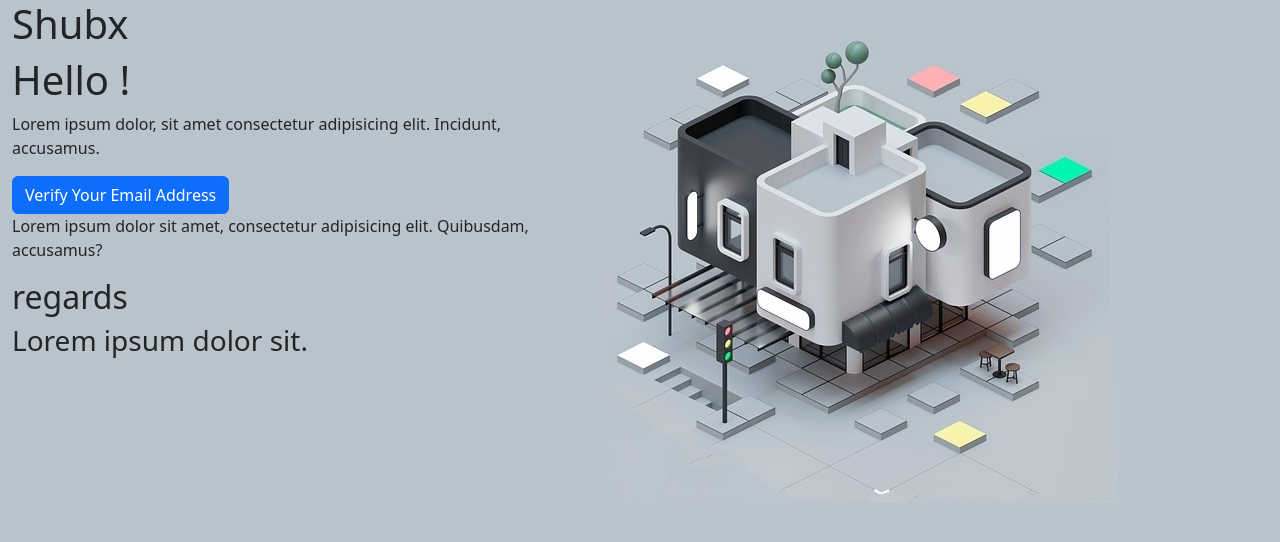
Repository: Aayush919/taskui
Page: index.html
These files come from the project's save history. The page is drawn as it stood at one moment and after a run of saves; the edit follows.
The browser window is 1280 px wide. The pictures show the whole page.

Above is the page before, as saved 2024-01-12 13:11:45.

After the next 3 saves:
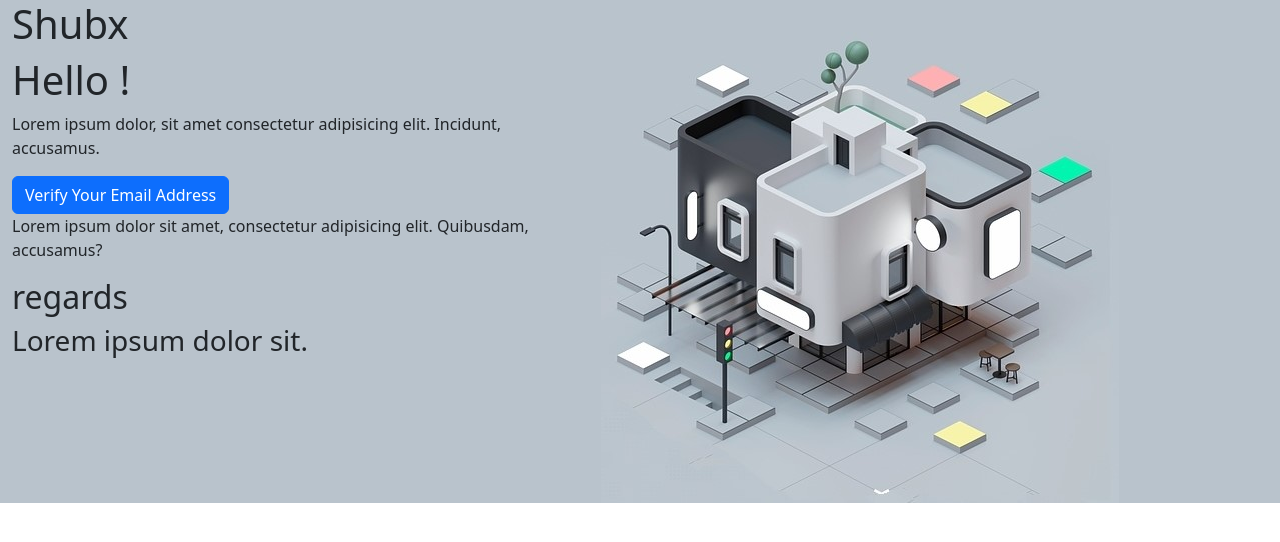
The 3 saves are shown as one change because they came seconds apart.
The last was saved 10 s later.
--- a/style.css
+++ b/style.css
@@ -13,7 +13,7 @@
 
 .custom-bg{
     background-color:#B9C3CC;
-    height: 100%;
+    min-eight: 100vh;
     width: 100%;
     display: flex;
     justify-content: space-between;

After the save that followed:
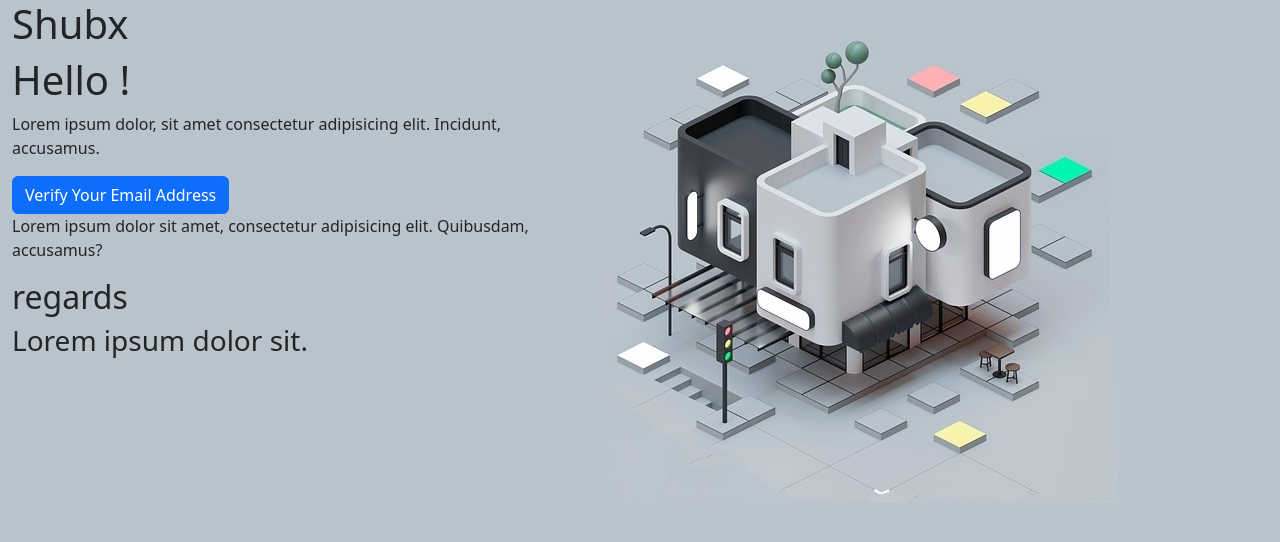
Saved 6 s later.
--- a/style.css
+++ b/style.css
@@ -13,7 +13,7 @@
 
 .custom-bg{
     background-color:#B9C3CC;
-    min-eight: 100vh;
+    min-height: 100vh;
     width: 100%;
     display: flex;
     justify-content: space-between;
